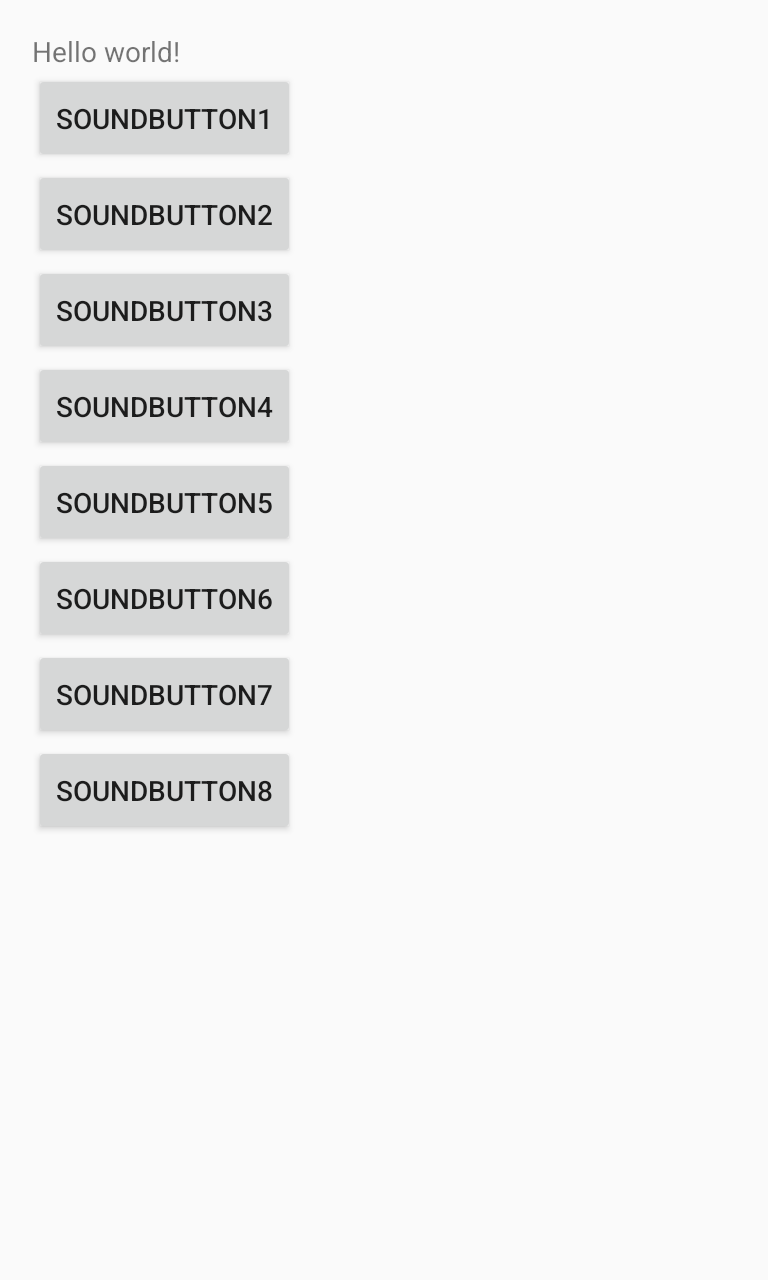
Repository: SoundBoardJAMJ/Project
Layout: workspace/soundtest/res/layout/fragment_main.xml
The author's editor kept a copy of each file at every save. The layout is drawn from the files as they stood at one save, then again after the next save.
It is drawn on a 768 x 1280 px phone screen (xhdpi) without system bars, with theme AppTheme; the app's code is not run.

Above is the layout before, as saved 2014-04-28 19:42:18.

### workspace/soundtest/res/layout/fragment_main.xml
<RelativeLayout xmlns:android="http://schemas.android.com/apk/res/android"
    xmlns:tools="http://schemas.android.com/tools"
    android:layout_width="match_parent"
    android:layout_height="match_parent"
    android:paddingBottom="@dimen/activity_vertical_margin"
    android:paddingLeft="@dimen/activity_horizontal_margin"
    android:paddingRight="@dimen/activity_horizontal_margin"
    android:paddingTop="@dimen/activity_vertical_margin"
    tools:context="com.example.soundtest.MainActivity$PlaceholderFragment" >

    <TextView
        android:id="@+id/textView1"
        android:layout_width="wrap_content"
        android:layout_height="wrap_content"
        android:text="@string/hello_world" />

    <Button
        android:id="@+id/button1"
        android:layout_width="wrap_content"
        android:layout_height="wrap_content"
        android:layout_alignParentLeft="true"
        android:layout_below="@+id/textView1"
        android:onClick="ButtonOnClick"
        android:text="soundbutton1" />

    <Button
        android:id="@+id/button2"
        android:layout_width="wrap_content"
        android:layout_height="wrap_content"
        android:layout_alignParentLeft="true"
        android:layout_below="@+id/button1"
        android:onClick="ButtonOnClick"
        android:text="soundbutton2" />

    <Button
        android:id="@+id/button3"
        android:layout_width="wrap_content"
        android:layout_height="wrap_content"
        android:layout_alignParentLeft="true"
        android:layout_below="@+id/button2"
        android:onClick="ButtonOnClick"
        android:text="soundbutton3" />

    <Button
        android:id="@+id/button4"
        android:layout_width="wrap_content"
        android:layout_height="wrap_content"
        android:layout_alignParentLeft="true"
        android:layout_below="@+id/button3"
        android:onClick="ButtonOnClick"
        android:text="soundbutton4" />

    <Button
        android:id="@+id/button5"
        android:layout_width="wrap_content"
        android:layout_height="wrap_content"
        android:layout_alignParentLeft="true"
        android:layout_below="@+id/button4"
        android:onClick="ButtonOnClick"
        android:text="soundbutton5" />

    <Button
        android:id="@+id/button6"
        android:layout_width="wrap_content"
        android:layout_height="wrap_content"
        android:layout_alignParentLeft="true"
        android:layout_below="@+id/button5"
        android:onClick="ButtonOnClick"
        android:text="soundbutton6" />

    <Button
        android:id="@+id/button7"
        android:layout_width="wrap_content"
        android:layout_height="wrap_content"
        android:layout_alignParentLeft="true"
        android:layout_below="@+id/button6"
        android:onClick="ButtonOnClick"
        android:text="soundbutton7" />

    <Button
        android:id="@+id/button8"
        android:layout_width="wrap_content"
        android:layout_height="wrap_content"
        android:layout_alignParentLeft="true"
        android:layout_below="@+id/button7"
        android:onClick="ButtonOnClick"
        android:text="soundbutton8" />

</RelativeLayout>

### workspace/soundtest/res/values/strings.xml
<?xml version="1.0" encoding="utf-8"?>
<resources>

    <string name="app_name">soundtest</string>
    <string name="hello_world">Hello world!</string>
    <string name="action_settings">Settings</string>

</resources>

Loaded but not shown: workspace/soundtest/res/values/styles.xml (common file); workspace/soundtest/res/values-v11/styles.xml (common file); workspace/soundtest/res/values-v14/styles.xml (common file); workspace/soundtest/res/values/dimens.xml (common file); workspace/soundtest/res/values-w820dp/dimens.xml (common file)

After the next save:
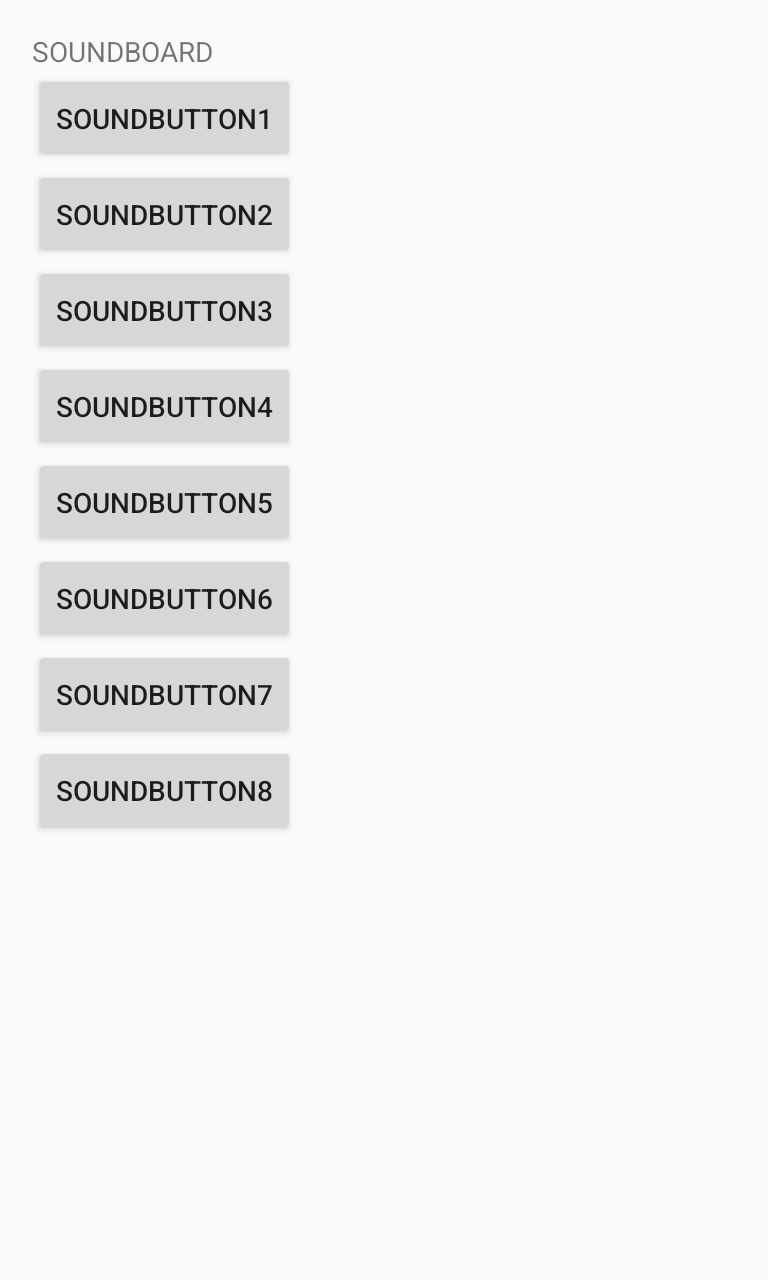
Saved 99 s later.
--- a/workspace/soundtest/res/layout/fragment_main.xml
+++ b/workspace/soundtest/res/layout/fragment_main.xml
@@ -12,7 +12,7 @@
         android:id="@+id/textView1"
         android:layout_width="wrap_content"
         android:layout_height="wrap_content"
-        android:text="@string/hello_world" />
+        android:text="SOUNDBOARD" />
 
     <Button
         android:id="@+id/button1"
